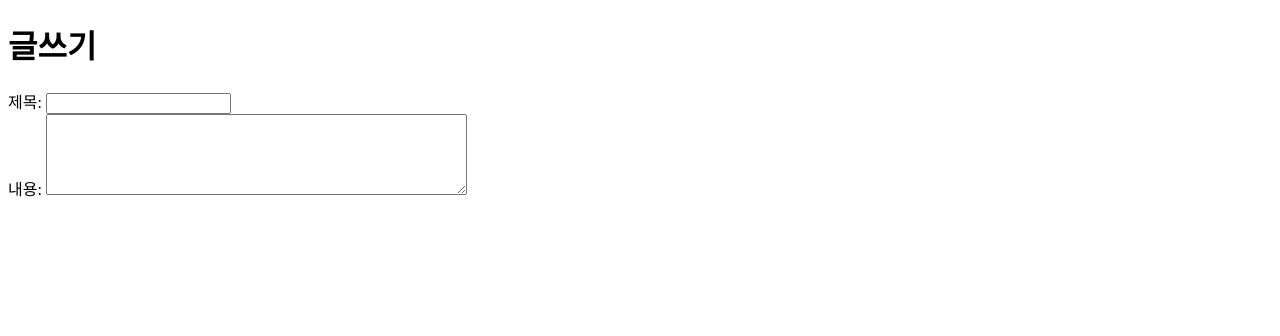
Repository: odasd/Ark-html
Page: http://localhost/ex20200413/read.jsp
These files come from the project's save history. The page is drawn as it stood at one moment and after the next save; the edit follows.
The browser window is 1280 px wide. The pictures show the whole page.
The page is served by Tomcat 9. Other server files are loaded and not shown.

Above is the page before, as saved 2020-04-13 01:39:41.

### 20200413/ex20200413/WebContent/read.jsp
<%@ page language="java" contentType="text/html; charset=UTF-8" pageEncoding="UTF-8"%>
<%@ page import="ex01.* , java.util.*, java.sql.*" %>
<!DOCTYPE html>
<html>
<head>
<meta charset="UTF-8">
<title>글쓰기</title>
</head>
<body>
	<h1>글쓰기</h1>
	<form>
		제목: <input type="text"><br>
		내용: <textarea rows="5" cols="50" ></textarea>
	</form>
</body>
</html>

After the next save:
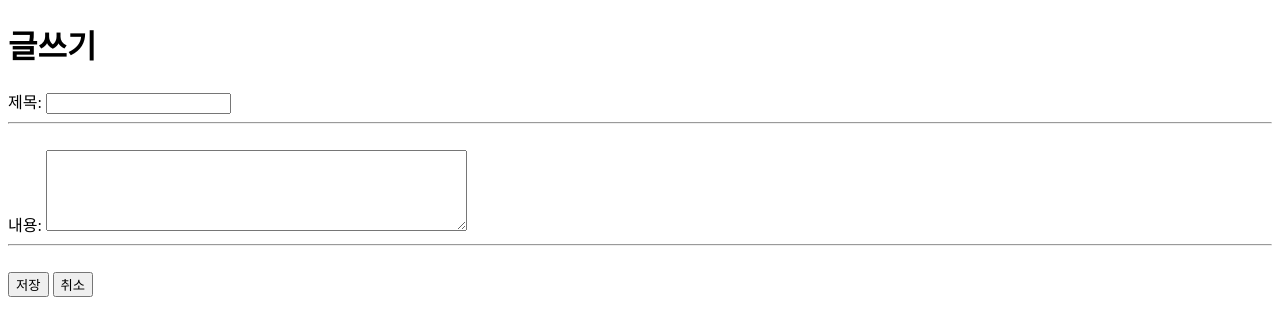
Saved 2 min 19 s later.
--- a/20200413/ex20200413/WebContent/read.jsp
+++ b/20200413/ex20200413/WebContent/read.jsp
@@ -8,9 +8,17 @@
 </head>
 <body>
 	<h1>글쓰기</h1>
-	<form>
-		제목: <input type="text"><br>
+	<form action="sqlInsert.jsp">
+		제목: <input type="text">
+		<br>
+		<hr>
+		<br>
 		내용: <textarea rows="5" cols="50" ></textarea>
+		<br>
+		<hr>
+		<br>
+		<input type="submit" value="저장">
+		<input type="reset" value="취소">
 	</form>
 </body>
 </html>
